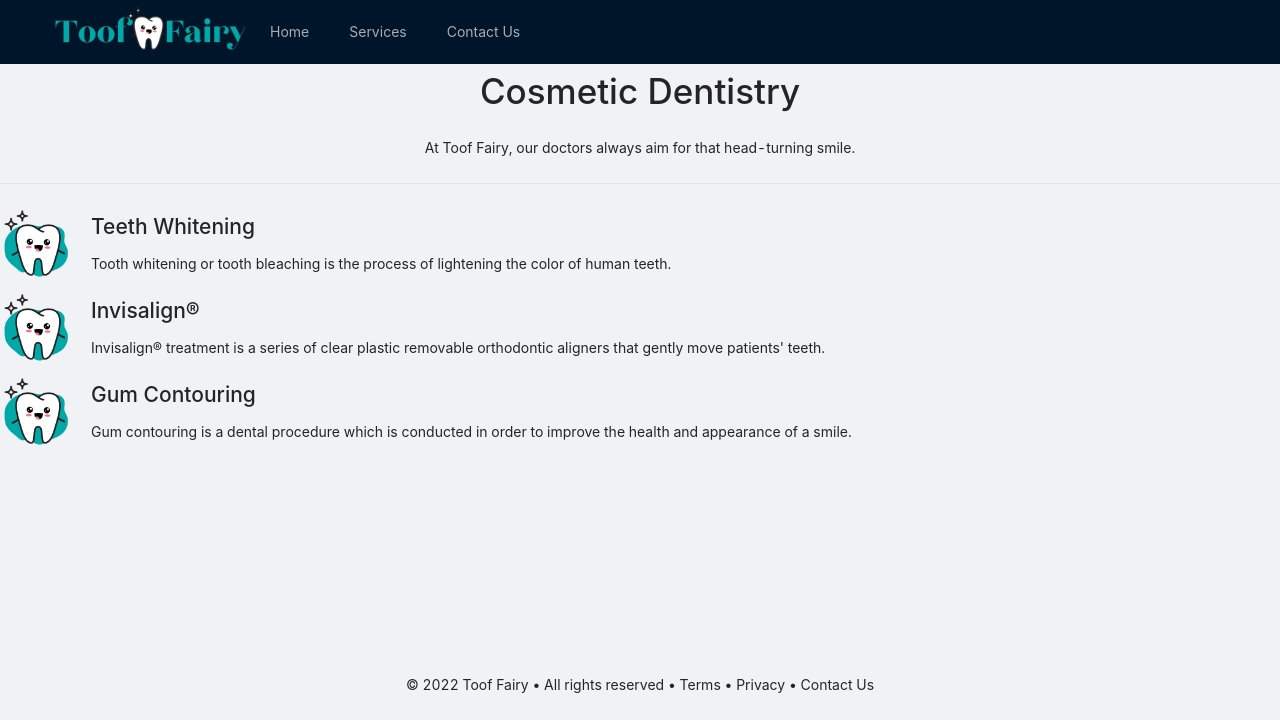
Repository: neldad1/dentist-app
Page: /cosmetic
The author's editor kept a copy of each file at every save. The page is drawn from the files as they stood at one save, then again after the next save.
The browser window is 1280 px wide. The pictures show the whole page.
The project was rebuilt for these pictures with package versions that can differ from the ones it lists, and the page was loaded fresh each time. Also part of the build but not shown: src/components/Home.jsx, src/components/Contact.jsx, src/components/Services/Restorative.jsx, src/components/Services/Preventative.jsx.

Above is the page before, as saved 2022-03-09 23:01:38.

### public/index.html
<!DOCTYPE html>
<html lang="en">
  <head>
    <meta charset="utf-8" />
    <link rel="ico" href="%PUBLIC_URL%/tfLogo512.svg" />
    <meta name="viewport" content="width=device-width, initial-scale=1" />
    <meta name="theme-color" content="#000000" />
    <meta
      name="description"
      content="Web site created using create-react-app"
    />
    <link rel="apple-touch-icon" href="%PUBLIC_URL%/tfLogo192.png" />
    <!--
      manifest.json provides metadata used when your web app is installed on a
      user's mobile device or desktop. See https://developers.google.com/web/fundamentals/web-app-manifest/
    -->
    <link rel="manifest" href="%PUBLIC_URL%/manifest.json" />
    <!--
      Notice the use of %PUBLIC_URL% in the tags above.
      It will be replaced with the URL of the `public` folder during the build.
      Only files inside the `public` folder can be referenced from the HTML.

      Unlike "/favicon.ico" or "favicon.ico", "%PUBLIC_URL%/favicon.ico" will
      work correctly both with client-side routing and a non-root public URL.
      Learn how to configure a non-root public URL by running `npm run build`.
    -->
    <title>Toof Fairy</title>
  </head>
  <body>
    <noscript>You need to enable JavaScript to run this app.</noscript>
    <div id="root"></div>
    <!--
      This HTML file is a template.
      If you open it directly in the browser, you will see an empty page.

      You can add webfonts, meta tags, or analytics to this file.
      The build step will place the bundled scripts into the <body> tag.

      To begin the development, run `npm start` or `yarn start`.
      To create a production bundle, use `npm run build` or `yarn build`.
    -->
  </body>
</html>

### src/App.js
import { BrowserRouter } from 'react-router-dom';
import './App.css';
import 'antd/dist/antd.min.css';
import Navigation from './components/Router/Navigation';
import AppRoutes from './components/Router/AppRoutes';
import { Layout } from 'antd';
import HeaderLogo from './components/HeaderLogo';
const { Header, Footer, Content } = Layout;

function App() {
  return (
    <Layout className="layout">
      <BrowserRouter>
        <Header>
          <HeaderLogo />
          <Navigation />
        </Header>
        <Content>
          <AppRoutes />
        </Content>
      </BrowserRouter>
      <Footer className="footer">
        © 2022 Toof Fairy • All rights reserved • Terms • Privacy • Contact Us
      </Footer>
    </Layout>
  );
}

export default App;

### src/App.css
h1 {
  font-size: 2.5em;
}

.layout {
  height: 100vh;
  width: 100vw;
  text-align: center;
}

.navigation {
  background-color: inherit;;
}

.logo {
  width: 200px;
  height: 50px;
  float: left;
  margin-top: 4px;
}

.footer {
  color: white;
}

.intro-wrapper {
  text-align: center;
}

.home {
  width: 100%;
  height: 100%;
  display: flex;
  justify-content: center;
  align-items: center;
  background-image: url('/public/cropped.jpg');
  background-size: cover;
  background-repeat: no-repeat;
}

.content-wrapper {
  width: 50%;
  font-family: 'Segoe UI', sans-serif;
  margin-left: 10em;
  color: whitesmoke;
  display: block;
}
.tagline1 {
  font-weight: bolder;
  font-size: 2em;
  margin: 0;
  line-height: 1;
}

.contact-form {
  text-align: left;
}

.main-content {
  width: 75%;
  overflow-y: scroll;
  display: block;
  margin: 3em auto;
  @media only screen and (max-width: 768px) {
    width: 100%;
    margin: 0.5em;
  }
}

.service-info {
  display: flex;
  text-align: left;
  margin-bottom: 1em;
  align-items: center;
}

.service-definition {
  margin-left: 1.5em;
}

### src/components/Router/Navigation.jsx
import { Link } from 'react-router-dom';
import { Menu } from 'antd';
const { SubMenu } = Menu;

const Navigation = () => {
  return (
    <Menu mode="horizontal" theme="dark">
      <Menu.Item key="home">
        <span>Home</span>
        <Link to="/" />
      </Menu.Item>
      <SubMenu key="subMenu" title="Services">
        <Menu.Item key="cosmetic">
          <span>Cosmetic</span>
          <Link to="/cosmetic" />
        </Menu.Item>
        <Menu.Item key="restore">
          <span>Restorative</span>
          <Link to="/restorative" />
        </Menu.Item>
        <Menu.Item key="prevent">
          <span>Preventative</span>
          <Link to="/preventative" />
        </Menu.Item>
      </SubMenu>
      <Menu.Item key="contact">
        <span>Contact Us</span>
        <Link to="/contact" />
      </Menu.Item>
    </Menu>
  );
};

export default Navigation;

### src/components/Router/AppRoutes.jsx
import { Route, Routes } from 'react-router-dom';
import Home from '../Home';
import Contact from '../Contact';
import Cosmetic from '../Services/Cosmetic';
import Restorative from '../Services/Restorative';
import Preventative from '../Services/Preventative';

const AppRoutes = () => {
  return (
    <Routes>
      <Route exact path="/" element={<Home />} />
      <Route path="/cosmetic" element={<Cosmetic />} />
      <Route path="/restorative" element={<Restorative />} />
      <Route path="/preventative" element={<Preventative />} />
      <Route path="/contact" element={<Contact />} />
    </Routes>
  );
};

export default AppRoutes;

### src/components/HeaderLogo.jsx
import { Link } from 'react-router-dom';

const HeaderLogo = () => {
  return (
    <Link to="/">
      <img className="logo" src={require('../tfLogo.png')} alt="TF" />
    </Link>
  );
};

export default HeaderLogo;

### src/components/Services/Cosmetic.jsx
import { Divider } from 'antd';
import ToofImg from './ToofImg';

const Cosmetic = () => {
  return (
    <div className="services">
      <div>
        <h1>Cosmetic Dentistry</h1>
        <p>
          At Toof Fairy, our doctors always aim for that head-turning smile.
        </p>
      </div>
      <Divider />
      <div className="service-info">
        <ToofImg />
        <div className="service-definition">
          <h2>Teeth Whitening</h2>
          <span>
            Tooth whitening or tooth bleaching is the process of lightening the
            color of human teeth.
          </span>
        </div>
      </div>
      <div className="service-info">
        <ToofImg />
        <div className="service-definition">
          <h2>Invisalign®</h2>
          <span>
            Invisalign® treatment is a series of clear plastic removable
            orthodontic aligners that gently move patients' teeth.{' '}
          </span>
        </div>
      </div>
      <div className="service-info">
        <ToofImg />
        <div className="service-definition">
          <h2>Gum Contouring</h2>
          <span>
            Gum contouring is a dental procedure which is conducted in order to
            improve the health and appearance of a smile.{' '}
          </span>
        </div>
      </div>
    </div>
  );
};

export default Cosmetic;

### src/components/Services/ToofImg.jsx
import { Image } from 'antd';

const ToofImg = () => {
  return (
    <div>
      <Image
        width={70}
        preview={false}
        src={require('../../toof.png')}
        alt="toof"
      />
    </div>
  );
};

export default ToofImg;

Loaded but not shown: src/index.js (common file); src/index.css (common file); src/reportWebVitals.js (common file)

After the next save:
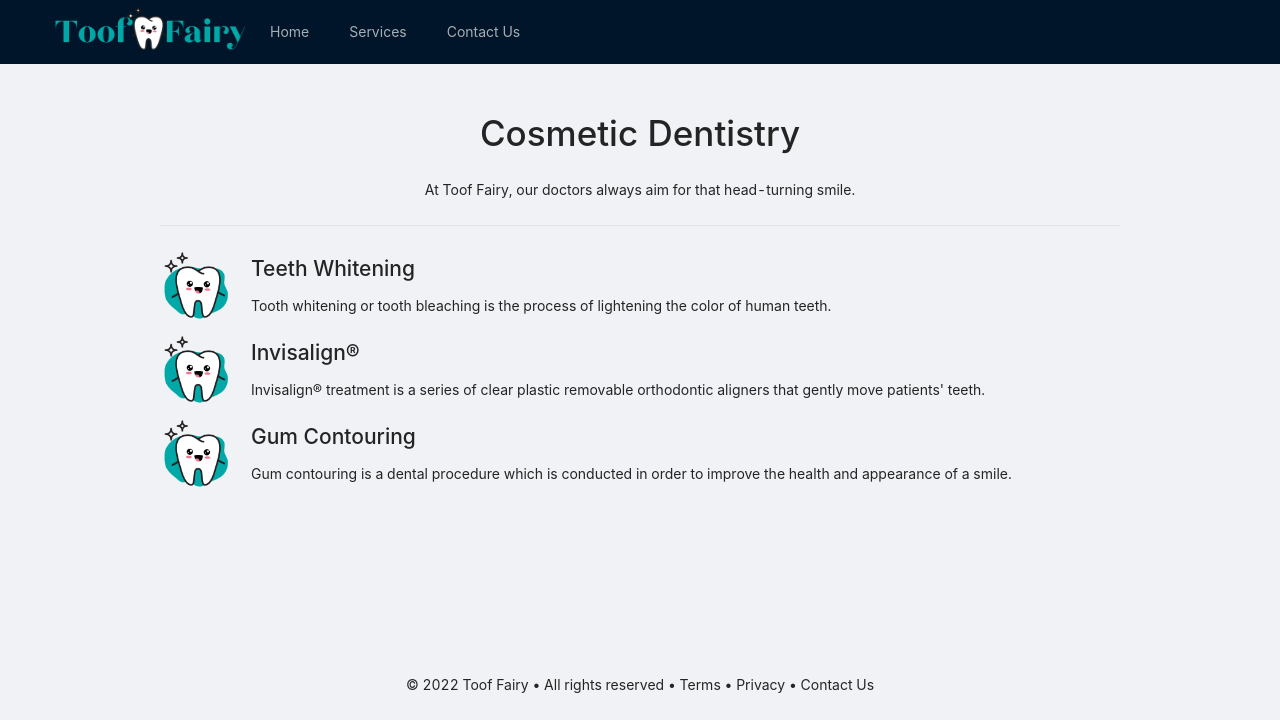
Saved 12 s later.
--- a/src/components/Services/Cosmetic.jsx
+++ b/src/components/Services/Cosmetic.jsx
@@ -3,7 +3,7 @@ import ToofImg from './ToofImg';
 
 const Cosmetic = () => {
   return (
-    <div className="services">
+    <div className="main-content">
       <div>
         <h1>Cosmetic Dentistry</h1>
         <p>
